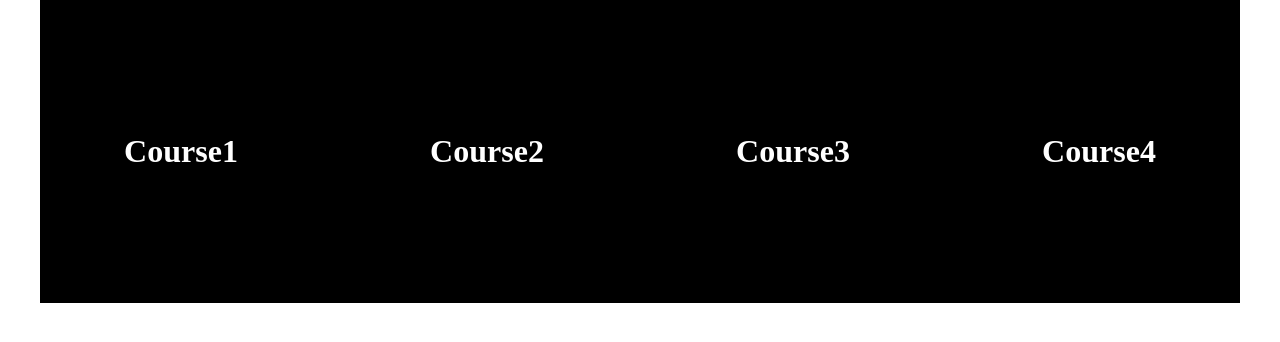
Repository: longtn213/Frond_end_HTML-CSS
Page: Front-End/DemoGrid/index.html
These files come from the project's save history. The page is drawn as it stood at one moment and after the next save; the edit follows.
The browser window is 1280 px wide. The pictures show the whole page.

Above is the page before, as saved 2021-09-21 16:04:18.

### Front-End/DemoGrid/index.html
<!DOCTYPE html>
<html lang="en">

<head>
    <meta charset="UTF-8">
    <meta http-equiv="X-UA-Compatible" content="IE=edge">
    <meta name="viewport" content="width=device-width, initial-scale=1.0">
    <title>Document</title>
    <link rel="stylesheet" href="./grid.css">
    <style>
        *{
            box-sizing: border-box;
        }
        body {
            margin: 0;
        }

        .container {
            background-color: black;
            text-align: center;
        }

        h1 {
            line-height: 260px;
            color: #fff;
        }
        .course-item{

        }
    </style>
</head>
<!--
    Column: col
    Prefix class:
            c - moblie
            m - Tablet
            l - PC
 -->
<body>
    <div class="grid wide container">
        <div class="row">
            <div class="col l-3">
                <div class="course-item">
                    <h1>Course1</h1>
                </div>
            </div>
            <div class="col l-3">
                <div class="course-item">
                    <h1>Course2</h1>
                </div>
            </div>
            <div class="col l-3">
                <div class="course-item">
                    <h1>Course3</h1>
                </div>
            </div>
            <div class="col l-3">
                <div class="course-item">
                    <h1>Course4</h1>
                </div>
            </div>
        </div>
    </div>
</body>

</html>

### Front-End/DemoGrid/grid.css
.grid{
    width: 100%;
    /* dùng tính chất block để cho những thẻ ko có tính chất block */
    display: block;
    padding: 0;
}

.grid.wide{
    max-width: 1200px;
    margin: 0 auto;
}

.row{
    display: flex;
    flex-wrap: wrap;
    margin-left: -4px;
    margin-right: -4px;
}

.col{
    padding-left: 4px;
    padding-right: 4px;
}

.c-0{
    /* Ẩn đi 1 cột trên mobile */
    display: none;
}

.c-1{
    flex:0 0 8.33333%;
    max-width: 8.33333%;
}

.c-2{
    flex:0 0 16.66667%;
    max-width: 16.66667%;
}

.c-3{
    flex:0 0 25%;
    max-width: 25%;
}

.c-4{
    flex:0 0 33.33333%;
    max-width: 33.33333%;
}

.c-5{
    flex:0 0 41.66667%;
    max-width: 41.66667%;
}

.c-6{
    flex:0 0 50%;
    max-width: 50%;
}

.c-7{
    flex:0 0 58.33333%;
    max-width: 58.33333%;
}

.c-8{
    flex:0 0 66.66667%;
    max-width: 66.66667%;
}

.c-9{
    flex:0 0 75%;
    max-width: 75%;
}

.c-10{
    flex:0 0 83.33333%;
    max-width: 83.33333%;
}

.c-11{
    flex:0 0 91.66667%;
    max-width: 91.66667%;
}

.c-12{
    flex:0 0 100%;
    max-width: 100%;
}
/* Tablet -PC low resolution */
@media (min-width: 740px) and (max-width: 1023px) {
    .wide{
        width: 644px;
    }
}
/* > Tablet  */
@media (min-width: 740px) {
    .row{
        margin-left: -8px;
        margin-right: -8px;
    }
    .col{
        padding-left: 8px;
        padding-right: 8px;
    }
    .m-0{
        /* Ẩn đi 1 cột trên mobile */
        display: none;
    }
    .m-1,.m-2,.m-3,.m-4,.m-5,.m-6,.m-7,.m-8,.m-9,.m-10,.m-11,.m-12{
        display: block;
    }
    .m-1{
        flex:0 0 8.33333%;
        max-width: 8.33333%;
    }

    .m-2{
        flex:0 0 16.66667%;
        max-width: 16.66667%;
    }

    .m-3{
        flex:0 0 25%;
        max-width: 25%;
    }

    .m-4{
        flex:0 0 33.33333%;
        max-width: 33.33333%;
    }

    .m-5{
        flex:0 0 41.66667%;
        max-width: 41.66667%;
    }

    .m-6{
        flex:0 0 50%;
        max-width: 50%;
    }

    .m-7{
        flex:0 0 58.33333%;
        max-width: 58.33333%;
    }

    .m-8{
        flex:0 0 66.66667%;
        max-width: 66.66667%;
    }

    .m-9{
        flex:0 0 75%;
        max-width: 75%;
    }

    .m-10{
        flex:0 0 83.33333%;
        max-width: 83.33333%;
    }

    .m-11{
        flex:0 0 91.66667%;
        max-width: 91.66667%;
    }

    .m-12{
        flex:0 0 100%;
        max-width: 100%;
    }
}
/* > PC low resolution  */
@media (min-width: 1113px) {
    .row{
        margin-left: -12px;
        margin-right: -12px;
    }
    .col{
        padding-left: 12px;
        padding-right: 12px;
    }
    .l-0 {
        display: none;
    }

    .l-1,
    .l-2,
    .l-2-4,
    .l-3,
    .l-4,
    .l-5,
    .l-6,
    .l-7,
    .l-8,
    .l-9,
    .l-10,
    .l-11,
    .l-12 {
        display: block;
    }

    .l-1 {
        flex: 0 0 8.33333%;
        max-width: 8.33333%;
    }

    .l-2 {
        flex: 0 0 16.66667%;
        max-width: 16.66667%;
    }

    .l-2-4 {
        flex: 0 0 20%;
        max-width: 20%;
    }

    .l-3 {
        flex: 0 0 25%;
        max-width: 25%;
    }

    .l-4 {
        flex: 0 0 33.33333%;
        max-width: 33.33333%;
    }

    .l-5 {
        flex: 0 0 41.66667%;
        max-width: 41.66667%;
    }

    .l-6 {
        flex: 0 0 50%;
        max-width: 50%;
    }

    .l-7 {
        flex: 0 0 58.33333%;
        max-width: 58.33333%;
    }

    .l-8 {
        flex: 0 0 66.66667%;
        max-width: 66.66667%;
    }

    .l-9 {
        flex: 0 0 75%;
        max-width: 75%;
    }

    .l-10 {
        flex: 0 0 83.33333%;
        max-width: 83.33333%;
    }

    .l-11 {
        flex: 0 0 91.66667%;
        max-width: 91.66667%;
    }

    .l-12 {
        flex: 0 0 100%;
        max-width: 100%;
    }
}

/*PC low resolution >*/
@media (min-width: 1024px) and (max-width: 1239px) {
    .wide{
        width: 984px;
    }
    .wide.row{
        margin-left: -12px;
        margin-right: -12px;
    }
}

After the next save:
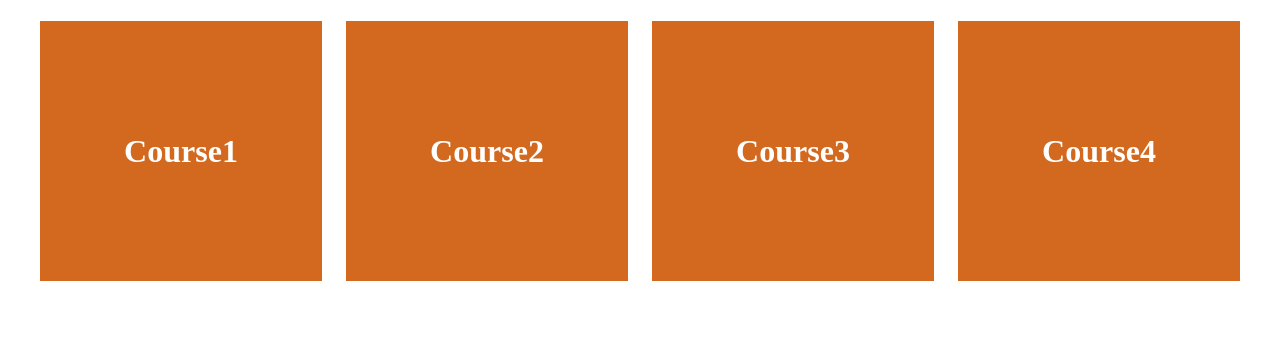
Saved 11 s later.
--- a/Front-End/DemoGrid/index.html
+++ b/Front-End/DemoGrid/index.html
@@ -16,7 +16,6 @@
         }
 
         .container {
-            background-color: black;
             text-align: center;
         }
 
@@ -25,7 +24,7 @@
             color: #fff;
         }
         .course-item{
-
+            background-color: chocolate;
         }
     </style>
 </head>
